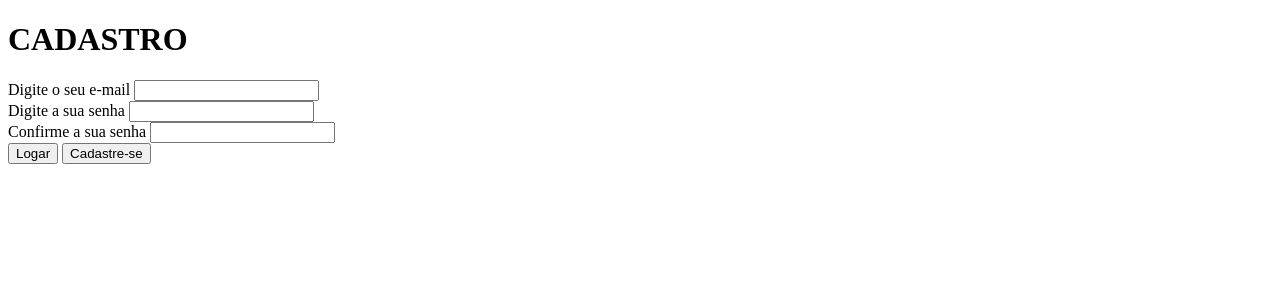
Repository: leviviana21/Java-web-login
Page: http://localhost/conexao_bd/
These files come from the project's save history. The page is drawn as it stood at one moment and after the next save; the edit follows.
The browser window is 1280 px wide. The pictures show the whole page.
The page is served by Tomcat 9. Other server files are loaded and not shown.

Above is the page before, as saved 2025-06-19 19:04:09.

### conexao_bd/src/main/webapp/index.jsp
<%@ page language="java" contentType="text/html; charset=UTF-8"
    pageEncoding="UTF-8"%>
<!DOCTYPE html>
<html>
<head>
<meta charset="UTF-8">
<title>Insert title here</title>
</head>
<body>

<%
	if(request.getAttribute("error") != null){
%>
	<p><% out.print(request.getAttribute("msg").toString()); %></p>
<%
	}
%>

	<h1>CADASTRO</h1>
		<form action="cadastro" method="post">
			<label>Digite o seu e-mail</label>
			<input type="email" name="txtEmail">
			<br>
			<label>Digite a sua senha</label>
			<input type="password" name="txtSenha">
			<br>
        	<label>Confirme a sua senha</label>
			<input type="password" name="txtSenhaConfirmacao">
			<br>
			<input type="submit" value="Logar">
			<input type="submit" value="Cadastre-se">
		</form>

</body>
</html>

After the next save:
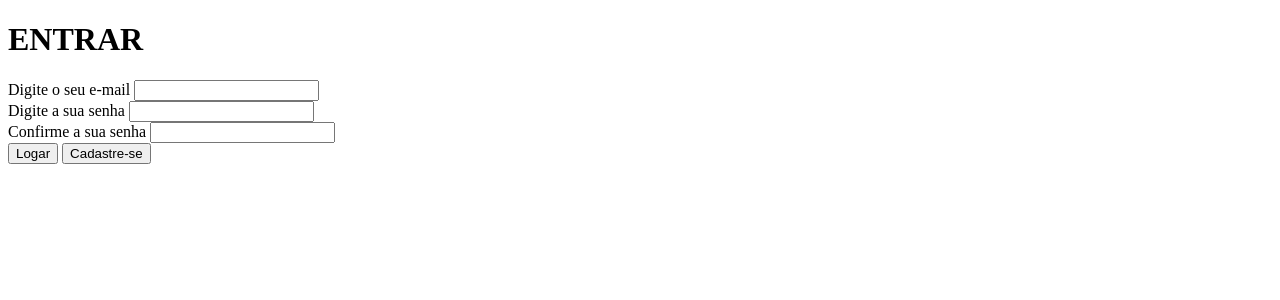
Saved 3 h 50 min later.
--- a/conexao_bd/src/main/webapp/index.jsp
+++ b/conexao_bd/src/main/webapp/index.jsp
@@ -16,7 +16,7 @@
 	}
 %>
 
-	<h1>CADASTRO</h1>
+	<h1>ENTRAR</h1>
 		<form action="cadastro" method="post">
 			<label>Digite o seu e-mail</label>
 			<input type="email" name="txtEmail">
